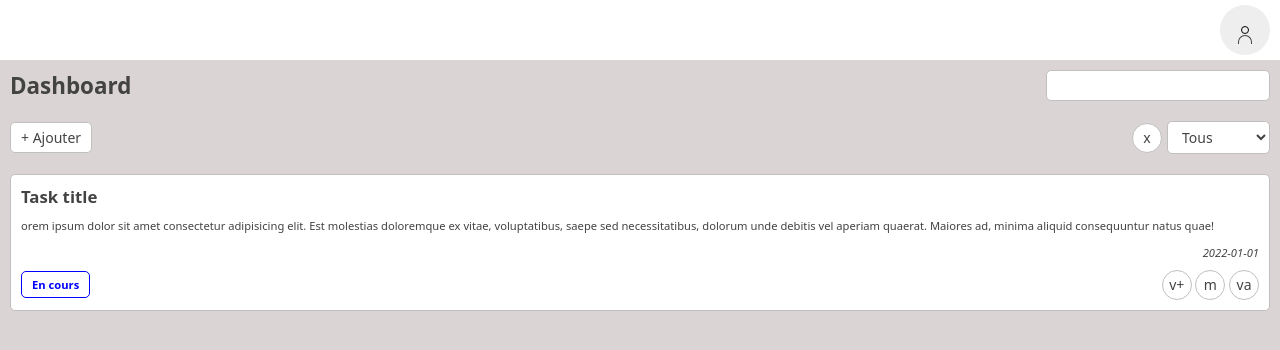
Repository: zpaulange/task_manager
Page: dashboard/index.html
The author's editor kept a copy of each file at every save. The page is drawn from the files as they stood at one save, then again after the next save.
The browser window is 1280 px wide. The pictures show the whole page.

Above is the page before, as saved 2025-03-06 15:34:12.

### dashboard/index.html
<!DOCTYPE html>
<html lang="en">
<head>
    <meta charset="UTF-8">
    <meta name="viewport" content="width=device-width, initial-scale=1.0">
    <link rel="stylesheet" href="../assets/styles/dashboard/style.css">
    <title>Document</title>
</head>
<body>
  <section class="dashboard">
    <div class="dashboard_right">
      <nav class="dashbaord_nav">
        <a href="#" class="dashbaord_nav_avatar">
          <span></span>
        </a>
      </nav>
      <main class="main">
        <div class="main_header">
          <h1 class="main_header_title">Dashboard</h1>
          <input type="search" name="search" class=" main_header_search">
        </div>
        <div class="main_header_actions">
          <div class="main_header_actions_left">
            <button class="main_header_actions_btn">+ Ajouter</button>
          </div>
          <div class="main_header_actions_right">
            <button class="main_header_actions_right_btnDel rounded-btn del">x</button>
            <select name="filter" class="main_header_actions_right_filter" id="">
              <option value="0">Tous</option>
              <option value="1">En cours</option>
              <option value="2">Annulés</option>
              <option value="3">Terminés</option>
            </select>
          </div>
        </div>
        <section class="main-task">
          <div class="main-task__content">
            <div class="main-task__content-item">
              <div class="main-task__content-item__title">
                Task title
              </div>
              <p class="main-task__content-item__desc">
                orem ipsum dolor sit amet consectetur adipisicing elit. Est molestias doloremque ex vitae, voluptatibus, saepe sed necessitatibus, dolorum unde debitis vel aperiam quaerat. Maiores ad, minima aliquid consequuntur natus quae!
              </p>
              <div class="main-task__content-item__date">
                2022-01-01
              </div>
              <div class="main-task__content-item__actions">
                <span class="main-task__content-item__actions_status pending">
                  En cours
                </span>
                <div>
                  <button class="rounded-btn see-more">v+</button>
                  <button class="rounded-btn modify">m</button>
                  <button class="rounded-btn validate">va</button>
                </div>
            </div>
            <!-- <section class="box box-center">
              <h1>Aucune tache disponible...</h1>
            </section> -->
          </div>

        </section>
      </main>
    </div>
  </section>

</body>
</html>

### assets/styles/dashboard/style.css
*{
  margin:0;
  padding:0;
  box-sizing: border-box;
  position:relative;
  font-family: system-ui, sans-serif;
  font-size: 14px;
  color:#434343;
}
body{
  overflow-x: hidden;
}
a{
  text-decoration: none;
}
a:active, a:hover{
  color:#434343;
}
img{
  width: 100%;
  height: auto;
}
ul li{
  list-style: none;
}
input[type="search"],
input[type="text"],
input[type="date"]{
  padding:5px 10px;
  border-radius:5px;
  border:1px solid silver
}
input:focus, select:focus{
  outline: none;
}

.dashboard{
  min-height: 100vh;
  background-color: #dbd4d4;
}

.dashboard_right{
  min-height: 100vh;
}
.dashbaord_nav{
  background-color: #fff;
  padding:5px 10px;
  display: flex;
  align-items:center;
  justify-content: flex-end;
  z-index: 1000;
  position: sticky;
  top:0;
  left:0;
}
.dashbaord_nav_avatar{
  display: flex;
  align-items: center;
  justify-content: center;
  height:50px;
  width: 50px;
  border-radius:50%;
  background-color: #eee;

}
.dashbaord_nav_avatar span{
  display: inline-block;
  height: 8px;
  width: 8px;
  border-radius:50%;
  border:1px solid #000
}
.dashbaord_nav_avatar span:before{
  content:'';
  position: absolute;
  height: 8px;
  width: 12px;
  border:1px solid;
  left:50%;
  transform: translateX(-50%);
  top:8px;
  border-bottom: none;
  border-top-left-radius: 10px;
  border-top-right-radius: 10px;
}

.main{
  padding:10px;
}
.main_header_title{
  font-size: 1.6rem;
}
.box{
  min-height: calc(100vh - 180px);
  background-color: #fff;
  border-radius:5px;
  padding:10px;
  margin-top:20px
}
.box.box-center{
  display: flex;
  align-items:center;
  justify-content: center;
}

.main_header{
  display: flex;
  justify-content: space-between;
  align-items:center;
  margin-bottom:20px;
}
.main_header_actions{
  display: flex;
  justify-content: space-between;
  align-items:center;
}
.main_header_actions_btn{
  padding:5px 10px;
  border-radius:5px;
  border:1px solid silver;
  background-color: #fff;
  cursor: pointer;
  transition: .2s;
}
.main_header_actions_btn:hover{
  background-color:blue;
  color:#fff;
}
.main_header_actions_right{
  display: flex;
  align-items:center;
  gap:5px;
}
.rounded-btn{
  border-radius:50%;
  border:1px solid silver;
  background-color: #fff;
  cursor: pointer;
  transition: .2s;
  cursor:pointer;
  width: 30px;
  height: 30px;
}
.rounded-btn.del:hover{
  background-color:red;
  color:#fff;
}
.rounded-btn.see-more:hover{
  background-color:blue;
  color:#fff;
}
.rounded-btn.modify:hover{
  background-color:rgb(172, 172, 14);
  color:#fff;
}
.rounded-btn.validate:hover{
  background-color:green;
  color:#fff;
}
.main_header_actions_right_filter{
  padding:5px 10px;
  border-radius:5px;
  border:1px solid silver;
  background-color: #fff;
}

.main-task__content{
  margin-top:20px;
}
.main-task__content-item{
  background-color:#fff;
  padding:10px;
  border-radius:5px;
  border:1px solid silver
}
.main-task__content-item__title{
  font-size: 1.2rem;
  font-weight: 600;
}
.main-task__content-item__desc{
  font-size: .8rem;
  line-height: 1.2rem;
  margin-top:10px;
  margin-bottom:10px;
}
.main-task__content-item__date{
  font-size: .8rem;
  text-align: right;
  font-style: italic;
}

.main-task__content-item__actions{
  display: flex;
  justify-content: space-between;
  align-items:center;
  margin-top:10px;
}
.main-task__content-item__actions_status{
  padding:5px 10px;
  border-radius:5px;
  background-color: #fff;
  border:1px solid silver;
  font-size: .8rem;
  font-weight: 600;
}
.main-task__content-item__actions_status.canceled{
  color:red;
  border-color:red;
}
.main-task__content-item__actions_status.pending{
  color:blue;
  border-color:blue;
}
.main-task__content-item__actions_status.completed{
  color:green;
  border-color:green;
}

After the next save:
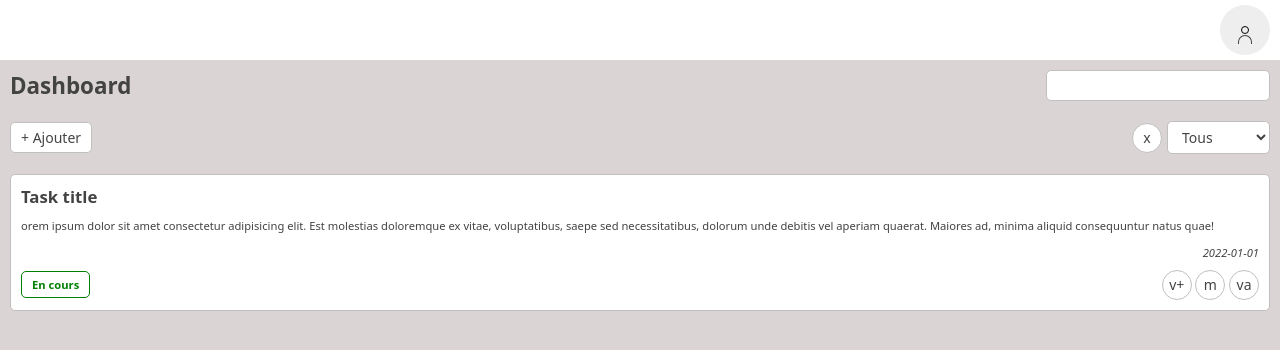
Saved 8 s later.
--- a/dashboard/index.html
+++ b/dashboard/index.html
@@ -46,7 +46,7 @@
                 2022-01-01
               </div>
               <div class="main-task__content-item__actions">
-                <span class="main-task__content-item__actions_status pending">
+                <span class="main-task__content-item__actions_status completed">
                   En cours
                 </span>
                 <div>
